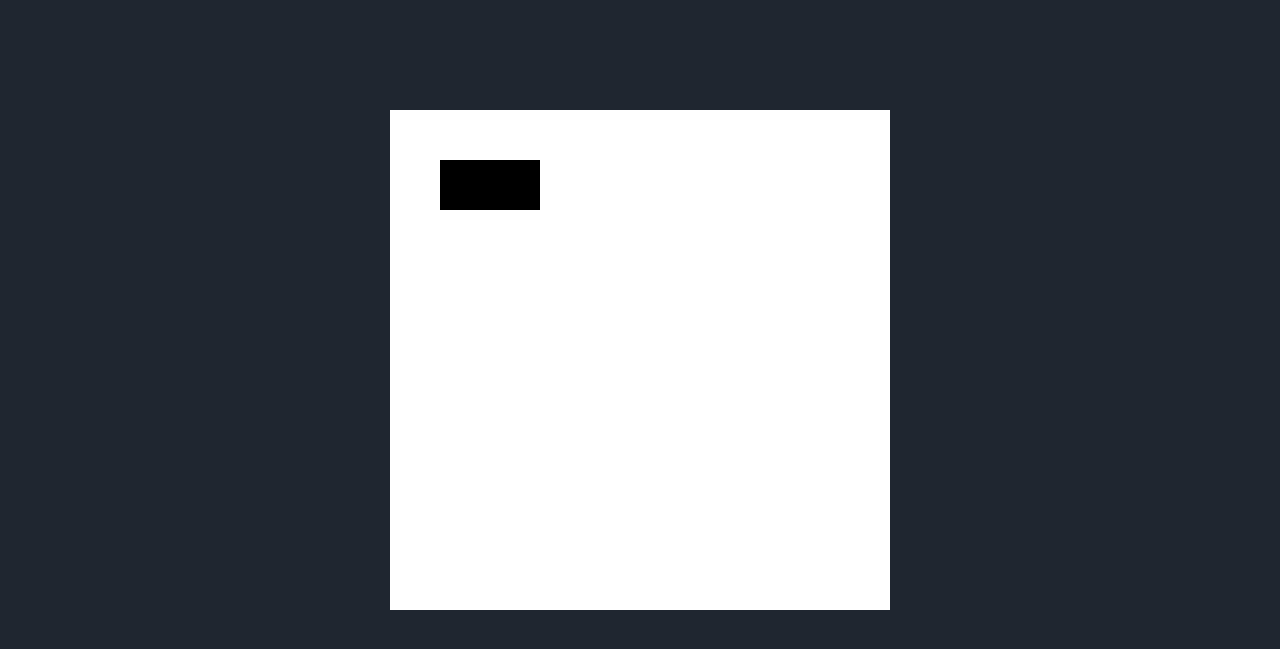
Repository: thecodeholic/cst-javascript-course
Page: /
These files come from the project's save history. The page is drawn as it stood at one moment and after the next save; the edit follows.
The browser window is 1280 px wide. The pictures show the whole page.
The project was rebuilt for these pictures with package versions that can differ from the ones it lists, and the page was loaded fresh each time.

Above is the page before, as saved 2020-11-25 09:35:45.

### index.html
<!doctype html>
<html lang="en">
  <head>
    <!-- Required meta tags -->
    <meta charset="utf-8">
    <meta name="viewport" content="width=device-width, initial-scale=1, shrink-to-fit=no">

    <!-- Bootstrap CSS -->
    <link rel="stylesheet" href="https://stackpath.bootstrapcdn.com/bootstrap/4.5.2/css/bootstrap.min.css" integrity="sha384-JcKb8q3iqJ61gNV9KGb8thSsNjpSL0n8PARn9HuZOnIxN0hoP+VmmDGMN5t9UJ0Z" crossorigin="anonymous">

    <title>Javascript Course</title>

    <link rel="stylesheet" href="app.css">
  </head>
  <body>
    <canvas id="myCanvas" width="500" height="500">Your browser does not support canvas</canvas>
    <script src="app.js"></script>
    <!-- <script src="homework.js"></script> -->
  </body>
</html>

### app.css
* {
    box-sizing: border-box;
}
html {
    height: 100%;
}

body {
    background-color: rgb(31, 38, 48);
    display: flex;
    align-items: center;
    justify-content: center;
    height: 100%;;
}

canvas {
    background-color: #FFF;

}

### app.js
// What is canvas?
// https://developer.mozilla.org/en-US/docs/Web/API/Canvas_API/Tutorial
// https://www.w3schools.com/html/html5_canvas.asp
// https://www.w3schools.com/graphics/canvas_intro.asp
// https://www.w3schools.com/graphics/canvas_reference.asp
// https://developer.mozilla.org/en-US/docs/Web/API/Canvas_API

// How to create it and use it
const canvas = document.getElementById('myCanvas');
const ctx = canvas.getContext('2d');

// Draw rectangles
// =================
// fillRect
ctx.fillRect(50, 50, 100, 50);

// strokeRect

// clearRect

// fillText

// strokeText

// Paths   beginPath, moveTo, lineTo, closePath, stroke, fill
// ==============

// Arcs
// ====================

// Draw image
// ====================

// Write text
// ====================

// Ball animation

Loaded but not shown: src/index.js (no copy from this time; the picture is the same without it)

After the next save:
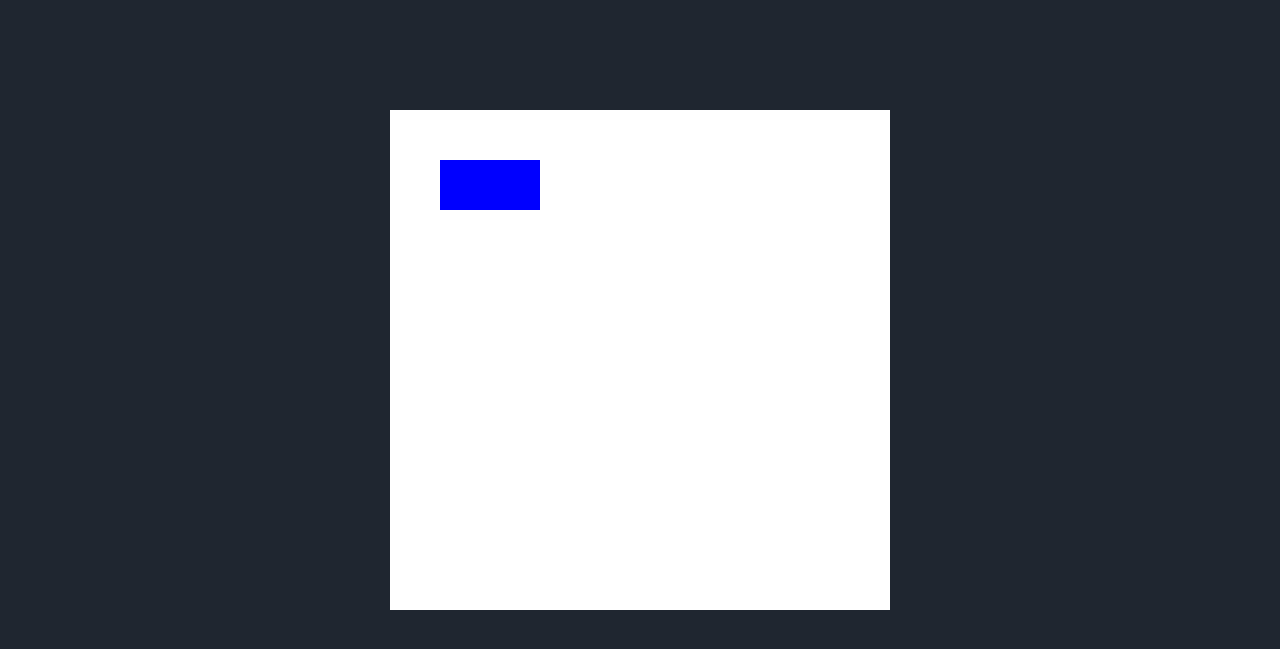
Saved 17 s later.
--- a/app.js
+++ b/app.js
@@ -12,6 +12,7 @@ const ctx = canvas.getContext('2d');
 // Draw rectangles
 // =================
 // fillRect
+ctx.fillStyle = 'blue';
 ctx.fillRect(50, 50, 100, 50);
 
 // strokeRect
